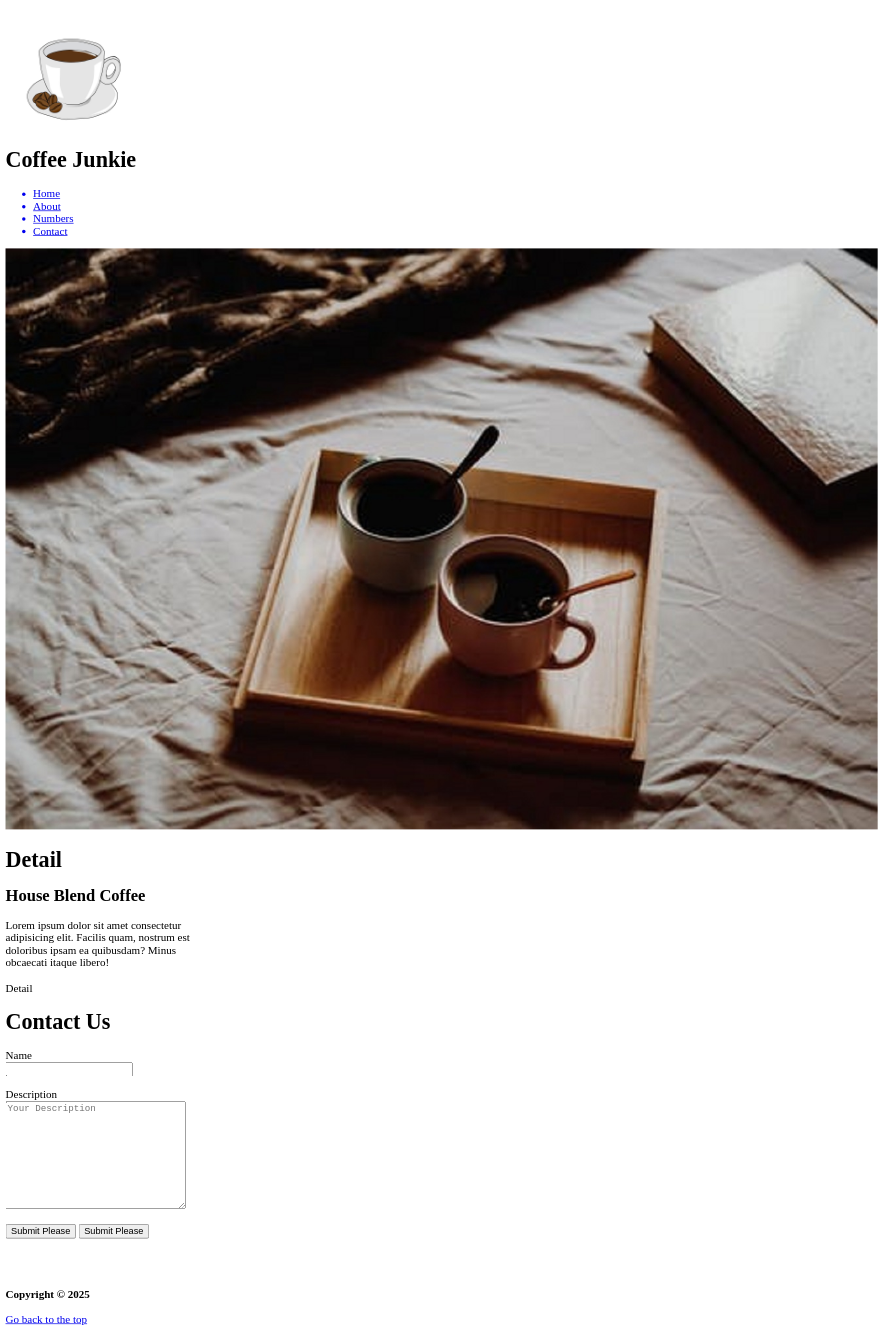
Repository: Tranghii/HTML-CSS
Page: HTML&CSS/miniExercise/index.html
The author's editor kept a copy of each file at every save. The page is drawn from the files as they stood at one save, then again after a run of saves.
The browser window is 1280 px wide. The pictures show the whole page, at 69% of full size.

Above is the page before, as saved 2025-10-11 22:18:16.

### HTML&CSS/miniExercise/index.html
<!DOCTYPE html>
<html lang="en">
<head>
    <meta charset="UTF-8">
    <meta name="viewport" content="width=device-width, initial-scale=1.0">
    <title>Coffee Junkie Home</title>
</head>
<body>
    <div>
        <img id="top" src="images/coffeelogo.png" height="180" alt="coffee">
        <h1>Coffee Junkie</h1>
        <ul>
            <a href="#"><li>Home</li></a>
            <a href="about.html"><li>About</li></a>
            <a href="number.html"><li>Numbers</li></a>
            <a href="contact.html"><li>Contact</li></a>
        </ul>
        <img src="images/coffeeimage.jpeg" width="100%" alt="coffee">

        <div id="Detail">
            <h1>Detail</h1>
            <h2>House Blend Coffee</h2>
            <p>Lorem ipsum dolor sit amet consectetur <br>
                adipisicing elit. Facilis quam, nostrum est <br>
                doloribus ipsam ea quibusdam? Minus <br>
                obcaecati itaque libero!</p>
               <h3></h3> Detail

            <form action="">
                <h1>Contact Us</h1>
                <label for="">Name</label> <br>
                <input type="text" name="Name" id="">
                <br><br>
                <label for="">Description</label><br>
                <textarea name="" id="" cols="30" rows="10" placeholder="Your Description"></textarea><br><br>
            <input type="submit" name="" value="Submit Please">
            <button type="submit"> Submit Please</button>
            </form>
            <br><br><br><br>
            <strong>Copyright &copy; 2025</strong><br><br>
            <a href="#top">Go back to the top</a>
        </div>
    </div>


</body>
</html>

After the next 3 saves:
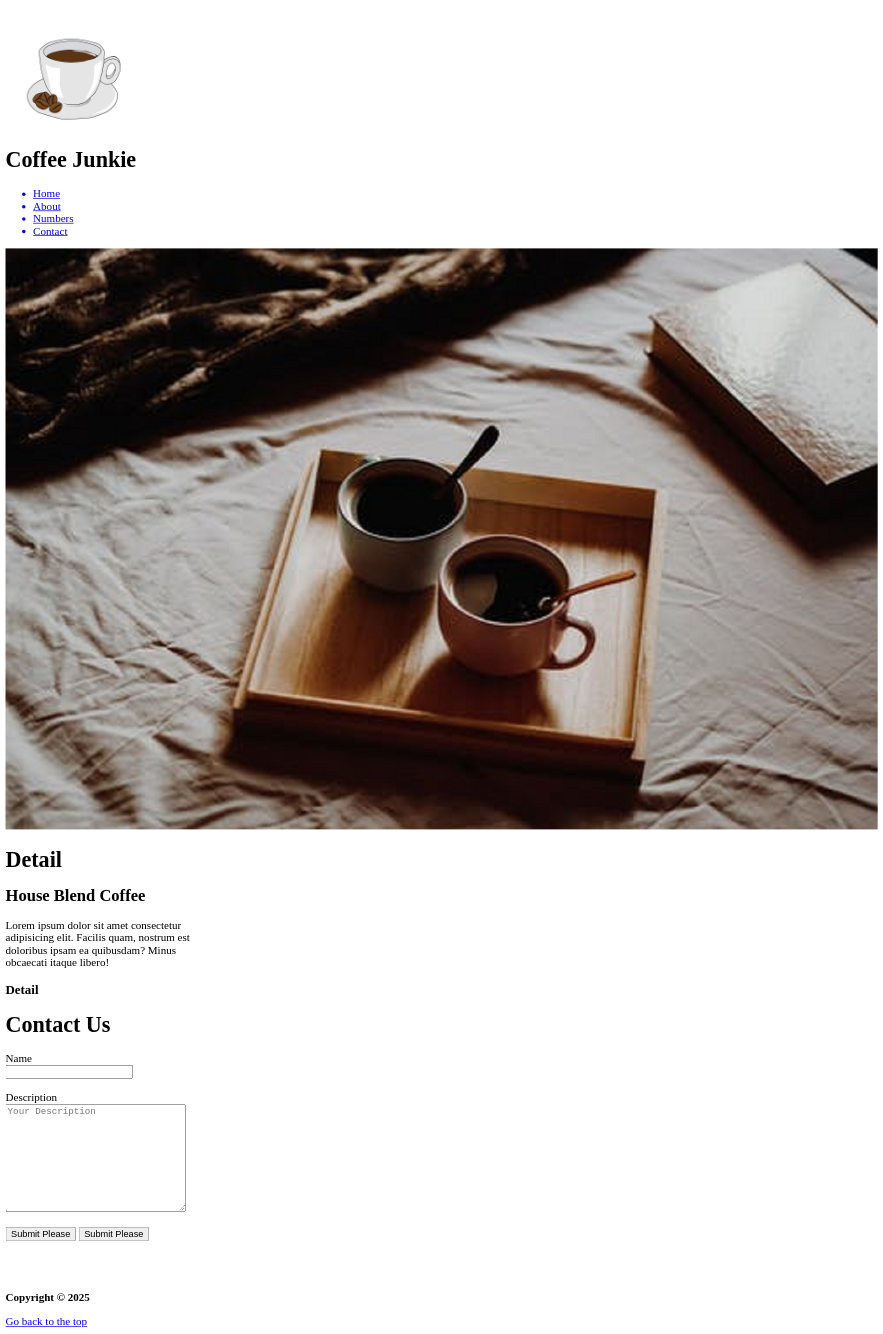
The 3 saves are shown as one change because they came seconds apart.
The last was saved 10 s later.
--- a/HTML&CSS/miniExercise/index.html
+++ b/HTML&CSS/miniExercise/index.html
@@ -24,7 +24,7 @@
                 adipisicing elit. Facilis quam, nostrum est <br>
                 doloribus ipsam ea quibusdam? Minus <br>
                 obcaecati itaque libero!</p>
-               <h3></h3> Detail
+                <h3> Detail</h3>
 
             <form action="">
                 <h1>Contact Us</h1>
